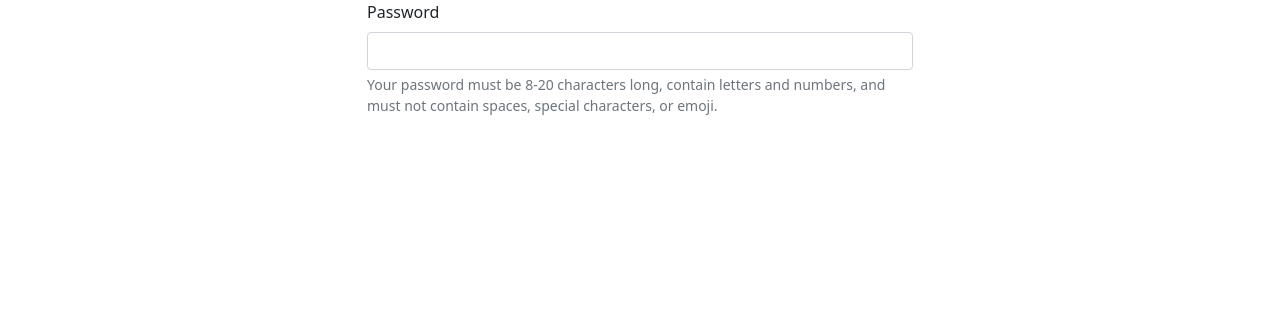
Repository: AmitKumarBhagat1/Spring-SpringBoot
Page: http://localhost/form
These files come from the project's save history. The page is drawn as it stood at one moment and after the next save; the edit follows.
The browser window is 1280 px wide. The pictures show the whole page.
The page is this project's Thymeleaf template; nobody is signed in. The template is opened directly, without the code that normally fills it, so the values that code supplies are empty.

Above is the page before, as saved 2024-07-04 17:03:19.

After the next save:
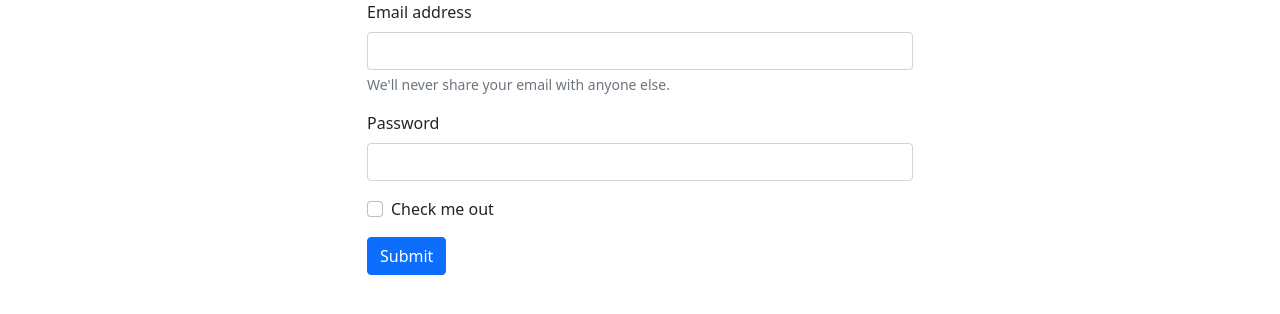
Saved 87 s later.
--- a/springvalidation/src/main/resources/templates/form.html
+++ b/springvalidation/src/main/resources/templates/form.html
@@ -13,12 +13,23 @@
 		<div class="row">
 			<div class="col-md-6 offset-md-3">
 
-				<label for="inputPassword5" class="form-label">Password</label>
-					<input type="password" id="inputPassword5" class="form-control" aria-describedby="passwordHelpBlock">
-					<div id="passwordHelpBlock" class="form-text">
-					  		Your password must be 8-20 characters long,  contain letters and numbers,
-					 		 and must not contain spaces, special characters, or emoji.
-					</div>
+				<form>
+					  <div class="mb-3">
+					    <label for="exampleInputEmail1" class="form-label">Email address</label>
+					    <input type="email" class="form-control" id="exampleInputEmail1" aria-describedby="emailHelp">
+					    <div id="emailHelp" class="form-text">We'll never share your email with anyone else.</div>
+					  </div>
+					  <div class="mb-3">
+					    <label for="exampleInputPassword1" class="form-label">Password</label>
+					    <input type="password" class="form-control" id="exampleInputPassword1">
+					  </div>
+					  <div class="mb-3 form-check">
+					    <input type="checkbox" class="form-check-input" id="exampleCheck1">
+					    <label class="form-check-label" for="exampleCheck1">Check me out</label>
+					  </div>
+					  <button type="submit" class="btn btn-primary">Submit</button>
+				</form>
+
 			</div>
 		</div>
 	</div>
